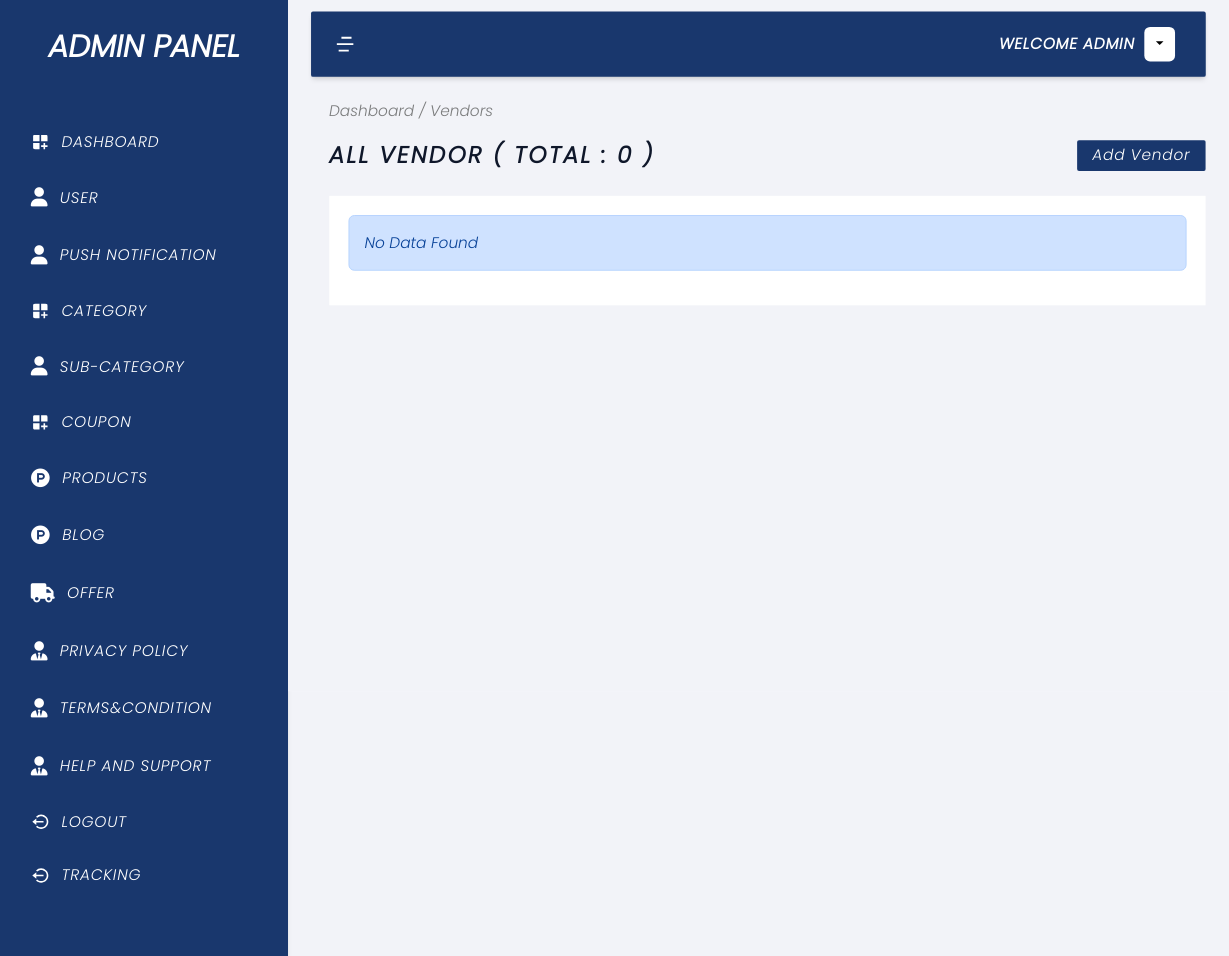
Repository: arpanmalik/project-khanna
Page: /VendorList
An editor plug-in stored every save of this project. The page is shown before and after the next save, followed by the edit.
The browser window is 1280 px wide. The pictures show the whole page, at 96% of full size.
The page's requests for data from a server got no answer. Some web libraries are served in a nearby version. The project was rebuilt for these pictures with package versions that can differ from the ones it lists, and the page was loaded fresh each time. No one was signed in, and anything a server would have sent is missing. Also part of the build but not shown: src/E-CommerceAdmin/forms/Login.jsx, src/E-CommerceAdmin/pages/Dashboard.jsx, src/E-CommerceAdmin/pages/ECategory.js, src/E-CommerceAdmin/pages/EProduct.js, src/E-CommerceAdmin/pages/EAdminOrders.js, src/E-CommerceAdmin/pages/EAdminProduct.js, src/E-CommerceAdmin/pages/EAdminDelivery.js, src/E-CommerceAdmin/pages/EAdminCustomer.js and 11 more. Imported but missing from the stored project, and not drawn on this page: src/E-CommerceVendor/forms/EVendorLogin, src/E-CommerceVendor/pages/EVCategory, src/E-CommerceVendor/pages/EVCoupon, src/E-CommerceVendor/pages/EVDashboard, src/E-CommerceVendor/pages/EVOrders, src/E-CommerceVendor/pages/EVProduct, src/E-CommerceVendor/pages/EVSubCategory.

Above is the page before, as saved 2023-05-16 17:15:38.

After the next save:
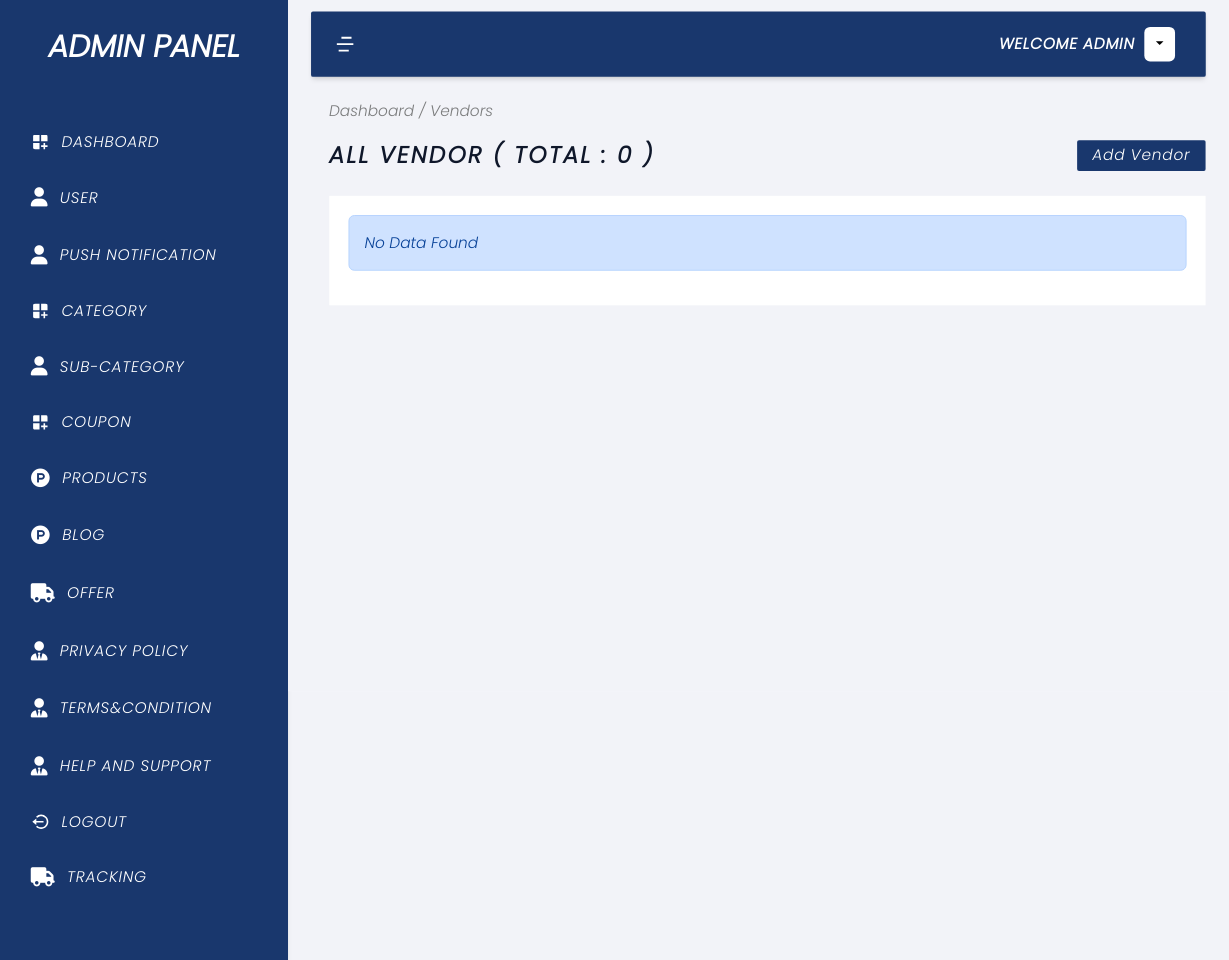
Saved 38 s later.
--- a/src/E-CommerceAdmin/layout/Sidebar.jsx
+++ b/src/E-CommerceAdmin/layout/Sidebar.jsx
@@ -162,7 +162,7 @@ const Sidebar = ({ hamb, setHamb }) => {
             className="flex my-3 items-center cursor-pointer text-gray-900    tracking-wider p-2 rounded-sm"
             style={{ color: "#FFF", textTransform: "uppercase" }}
           >
-            <BiLogOutCircle className="text-xl mr-3 rounded-full " /> Tracking
+           <i className="fa-solid fa-truck  text-xl mr-3 rounded-full"></i> Tracking
           </span>
         </nav>
       </aside>
